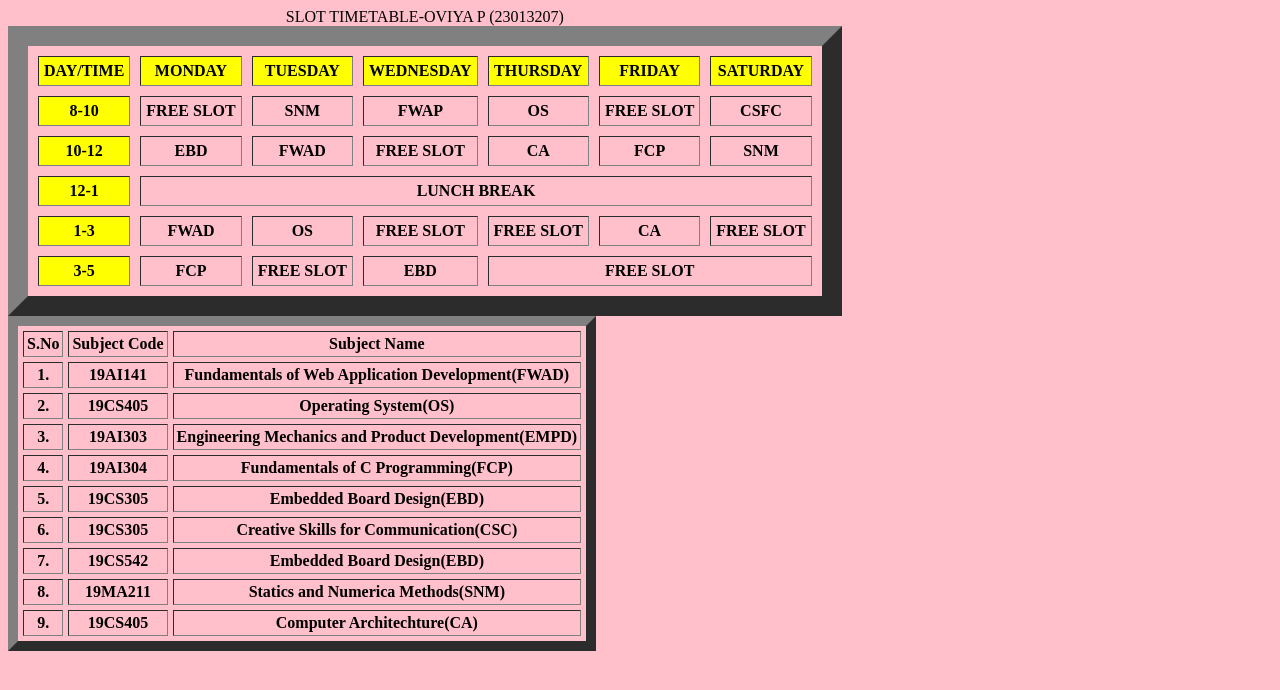
Repository: Oviya24032K6/slot
Page: oviya/static/time.html
An editor plug-in stored every save of this project. The page is shown before and after the next save, followed by the edit.
The browser window is 1280 px wide. The pictures show the whole page.

Above is the page before, as saved 2024-03-13 20:55:06.

After the next save:
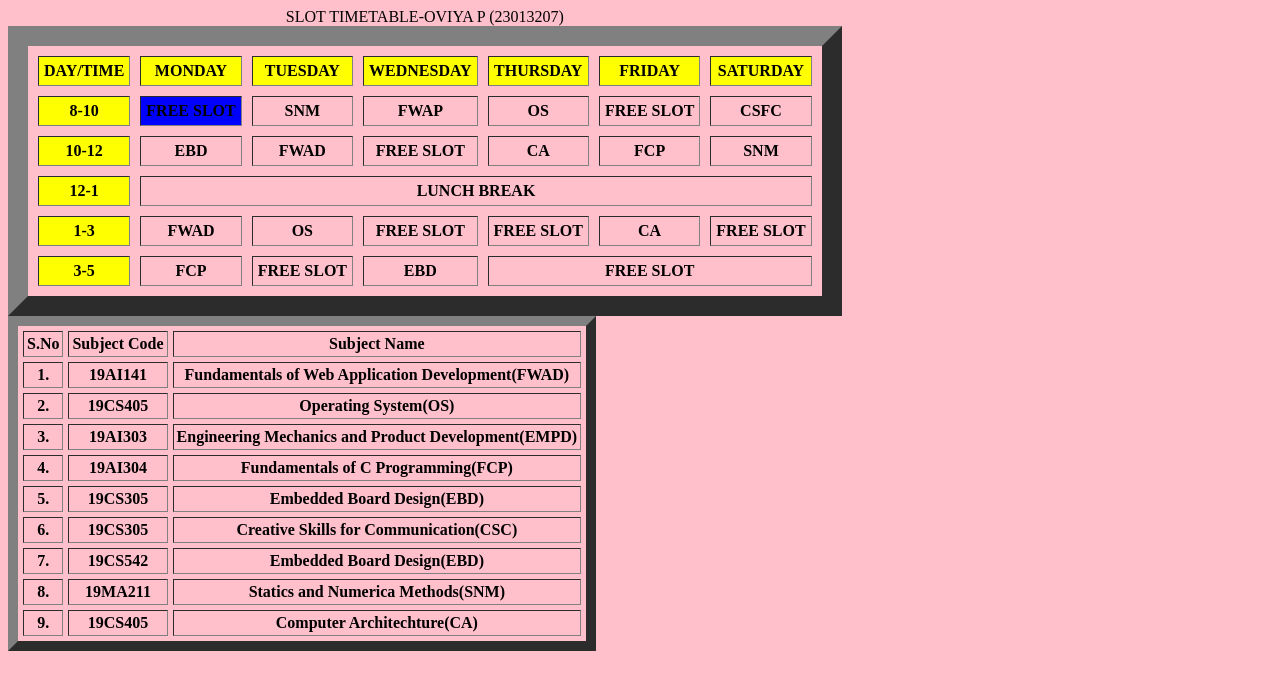
Saved 99 s later.
--- a/oviya/static/time.html
+++ b/oviya/static/time.html
@@ -16,7 +16,7 @@
         </tr>
         <tr>
             <th bgcolor="yellow">8-10</th>
-            <th>FREE SLOT</th>
+            <th bgcolor="blue">FREE SLOT</th>
             <th>SNM</th>
             <th>FWAP</th>
             <th>OS</th>
